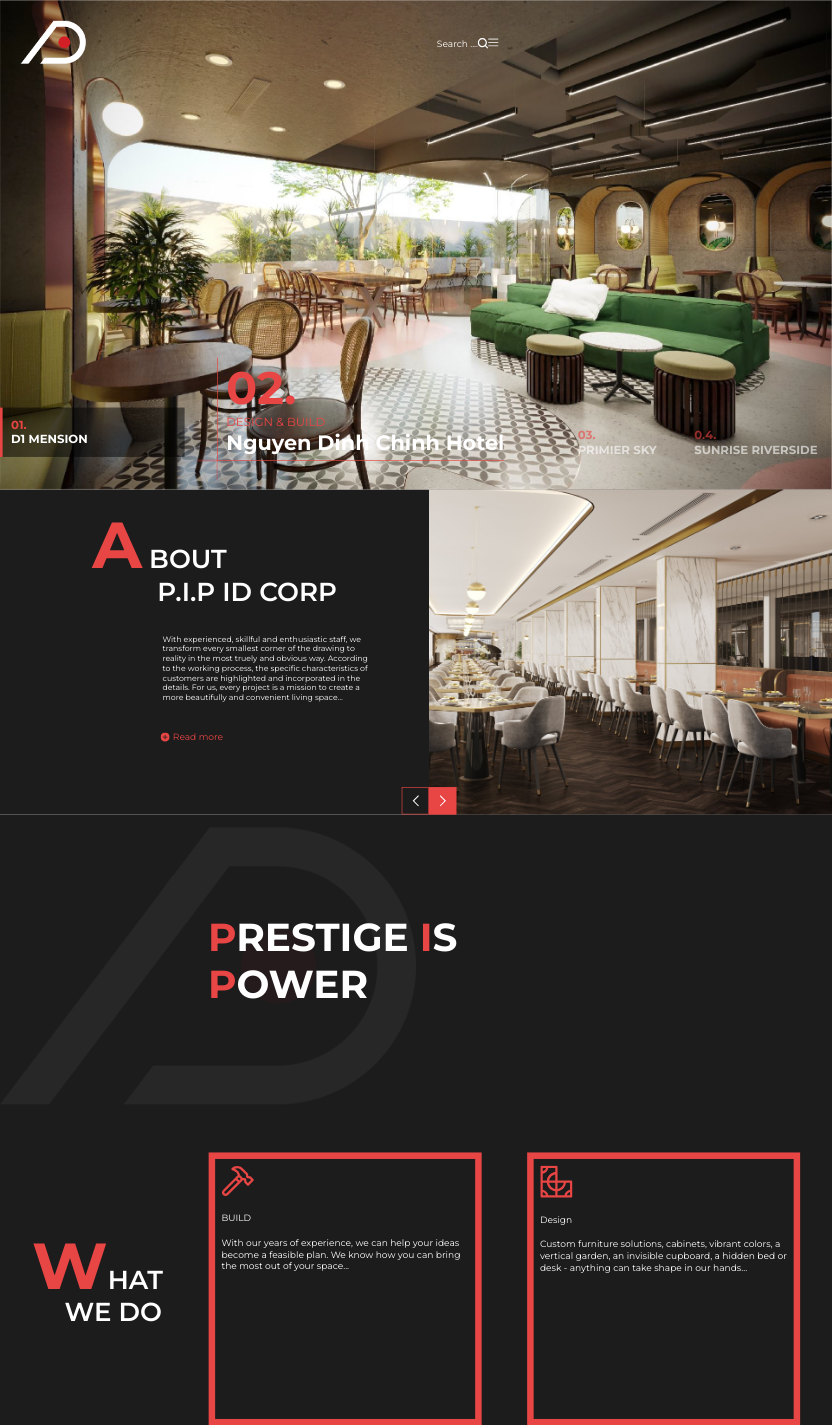
Repository: huudang2840/pipHomePage
Page: index.html
The author's editor kept a copy of each file at every save. The page is drawn from the files as they stood at one save, then again after a run of saves.
The browser window is 1280 px wide. The pictures show the whole page, at 65% of full size.

Above is the page before, as saved 2023-03-21 15:11:30.

### index.html
<!DOCTYPE html>
<html lang="en">
  <head>
    <meta charset="UTF-8" />
    <meta http-equiv="X-UA-Compatible" content="IE=edge" />
    <meta name="viewport" content="width=device-width, initial-scale=1.0" />
    <title>Pip Home Page</title>

    <!-- CSS -->
    <link rel="stylesheet" href="style/style.css" />

    <!-- Fonts -->
    <link rel="preconnect" href="https://fonts.googleapis.com" />
    <link rel="preconnect" href="https://fonts.gstatic.com" crossorigin />
    <link
      href="https://fonts.googleapis.com/css2?family=Montserrat:wght@400;600;700&display=swap"
      rel="stylesheet"
    />
  </head>
  <body>
    <!-- Header -->
    <header class="header">
      <div class="header__img">
        <img src="/img/logo.png" alt="" />
      </div>
      <div class="header__option">
        <div class="option__search">
          <p>Search ....</p>
          <svg
            width="16"
            height="17"
            viewBox="0 0 16 17"
            fill="none"
            xmlns="http://www.w3.org/2000/svg"
          >
            <path
              d="M15.7189 14.9442L12.6438 11.8691C13.5758 10.6491 14.0869 9.16936 14.0871 7.60786C14.0871 5.72609 13.3542 3.95682 12.0234 2.62623C10.6928 1.29564 8.92376 0.562744 7.04176 0.562744C5.15999 0.562744 3.39072 1.29564 2.06013 2.62623C-0.68671 5.3733 -0.68671 9.84287 2.06013 12.5895C3.39072 13.9203 5.15999 14.6532 7.04176 14.6532C8.60326 14.653 10.0831 14.1419 11.3031 13.2099L14.3781 16.285C14.563 16.4701 14.8059 16.5627 15.0485 16.5627C15.2911 16.5627 15.5339 16.4701 15.7189 16.285C16.0892 15.9148 16.0892 15.3143 15.7189 14.9442ZM3.40091 11.2487C1.39344 9.24124 1.39368 5.97471 3.40091 3.96701C4.37339 2.99476 5.66649 2.4591 7.04176 2.4591C8.41726 2.4591 9.71012 2.99476 10.6826 3.96701C11.6551 4.93949 12.1908 6.23258 12.1908 7.60786C12.1908 8.98336 11.6551 10.2762 10.6826 11.2487C9.71012 12.2212 8.41726 12.7568 7.04176 12.7568C5.66649 12.7568 4.37339 12.2212 3.40091 11.2487Z"
              fill="white"
            />
          </svg>
        </div>
        <div class="option__lang"></div>
        <div class="option__menu">
          <svg
            width="16"
            height="13"
            viewBox="0 0 16 13"
            fill="none"
            xmlns="http://www.w3.org/2000/svg"
          >
            <path
              d="M16 10.9167V12.25H0V10.9167H16ZM16 5.58333V6.91667H0V5.58333H16ZM16 0.25V1.58333H0V0.25H16Z"
              fill="white"
            />
          </svg>
        </div>
        <div class="option__share"></div>
      </div>
    </header>

    <!-- Main -->
    <section>
      <div class="intro">
        <div class="intro__background">
          <img src="/img/page1.png" alt="" srcset="" id="masked" />
        </div>
        <div class="intro__list">
          <div class="list__left">
            <div>
              <span>
                <p>01.</p>
                <p>D1 Mension</p>
              </span>
            </div>
            <div>
              <span id="active_intro">
                <h1>02.</h1>
                <p>Design & build</p>
                <h1>Nguyen Dinh Chinh Hotel</h1>
                <div class="border__box"></div>
              </span>
            </div>
          </div>

          <div class="list__right">
            <div>
              <span>
                <p>03.</p>
                <p>Primier Sky</p>
              </span>
            </div>
            <div>
              <span>
                <p>0.4.</p>
                <p>Sunrise Riverside</p>
              </span>
            </div>
          </div>
        </div>
      </div>
      <div class="about">
        <div class="about__left">
          <span>
            <span>
              <h1><span class="text-red">A</span> bout</h1>
            </span>
            <h1 class="ml-100">P.I.P ID CORP</h1>
          </span>
          <span class="about__left__textaera">
            <p>
              With experienced, skillful and enthusiastic staff, we transform every smallest corner
              of the drawing to reality in the most truely and obvious way. According to the working
              process, the specific characteristics of customers are highlighted and incorporated in
              the details. For us, every project is a mission to create a more beautifully and
              convenient living space…
            </p>
          </span>
          <div class="read-more">
            <svg
              width="14"
              height="14"
              viewBox="0 0 14 14"
              fill="none"
              xmlns="http://www.w3.org/2000/svg"
            >
              <path
                d="M7 0C3.14005 0 0 3.14005 0 7C0 10.86 3.14005 14 7 14C10.86 14 14 10.86 14 7C14 3.14005 10.86 0 7 0ZM10.0625 7.5833H7.5833V10.0625C7.5833 10.3845 7.32204 10.6458 7 10.6458C6.67796 10.6458 6.4167 10.3845 6.4167 10.0625V7.5833H3.9375C3.61546 7.5833 3.3542 7.32204 3.3542 7C3.3542 6.67796 3.61546 6.4167 3.9375 6.4167H6.4167V3.9375C6.4167 3.61546 6.67796 3.3542 7 3.3542C7.32204 3.3542 7.5833 3.61546 7.5833 3.9375V6.4167H10.0625C10.3845 6.4167 10.6458 6.67796 10.6458 7C10.6458 7.32204 10.3845 7.5833 10.0625 7.5833Z"
                fill="#E84545"
              />
            </svg>
            <p>Read more</p>
          </div>
          <div class="arrow_prev">
            <svg
              width="11"
              height="18"
              viewBox="0 0 11 18"
              fill="none"
              xmlns="http://www.w3.org/2000/svg"
            >
              <path d="M10 17L2 9L10 1" stroke="white" stroke-width="1.6" />
            </svg>
          </div>
        </div>
        <div class="about__right">
          <img src="/img/about.jpeg" alt="" />
          <div class="arrow_next">
            <svg
              width="11"
              height="18"
              viewBox="0 0 11 18"
              fill="none"
              xmlns="http://www.w3.org/2000/svg"
            >
              <path d="M1 1L9 9L1 17" stroke="white" stroke-width="1.6" />
            </svg>
          </div>
        </div>
      </div>
      <div class="wedo">
        <div class="wedo__top">
          <div class="wedo__top__logo">
            <img src="/img/logo2.png" alt="" srcset="" />
          </div>
          <h2 class="wedo__top__text"><span>P</span>restige <span>i</span>s <span>P</span>ower</h2>
        </div>
        <div class="wedo__bottom">
          <span>
            <h1 class="wedo__bottom__text"><span class="text-red">W</span>hat</h1>
            <h1 class="wedo__bottom__text">We do</h1>
          </span>

          <div class="wedo__bottom__item selected">
            <!-- <img src="/img/wedo1.png" alt="" /> -->
            <svg
              width="50"
              height="48"
              viewBox="0 0 50 48"
              fill="none"
              xmlns="http://www.w3.org/2000/svg"
            >
              <path
                d="M48.9873 21.1033L44.931 17.0479C44.6268 16.7437 44.2209 16.5625 43.7911 16.5386L40.962 16.3804L40.8901 13.6863C40.8782 13.2385 40.6953 12.8113 40.3783 12.4951L32.3717 4.48853C30.1056 2.22241 27.0927 0.973145 23.8875 0.973145C23.8849 0.973145 23.8823 0.973145 23.8798 0.973145C20.6754 0.974854 17.6633 2.22412 15.3989 4.48853C14.9683 4.91919 14.7922 5.54126 14.9341 6.13257C15.0759 6.72559 15.5151 7.20068 16.0936 7.39038C22.7092 9.54797 24.1731 12.4049 24.6757 15.0402L2.11755 37.5984C-0.0357666 39.7517 -0.0357666 43.2551 2.11755 45.4084C4.27087 47.5618 7.77429 47.5618 9.92761 45.4084L28.4667 26.8694C28.4674 26.8686 28.4685 26.8684 28.4692 26.8677C28.47 26.8669 28.4702 26.8659 28.4709 26.8651L32.5843 22.7518L34.5305 22.804L34.6976 25.6372C34.7224 26.0645 34.9036 26.4695 35.2069 26.772L39.2632 30.8274C39.605 31.1692 40.0527 31.3401 40.5005 31.3401C40.9482 31.3401 41.396 31.1692 41.7378 30.8274L48.9873 23.5779C49.3154 23.2498 49.5 22.8054 49.5 22.3406C49.5 21.8757 49.3154 21.4314 48.9873 21.1033ZM38.1523 24.7673L37.978 21.8125C37.9532 21.3853 37.7721 20.9802 37.4688 20.6777L36.6296 19.8386C36.285 19.5467 35.8884 19.3765 35.4393 19.3259L32.6357 19.2507L28.1915 14.8074C27.6429 11.4988 26.0912 7.94067 20.2883 5.26782C21.3983 4.74829 22.6194 4.47485 23.8823 4.47314H23.8875C26.157 4.47314 28.2915 5.35669 29.8971 6.96313L37.4106 14.4758L37.4858 17.3025C37.5493 17.7349 37.6595 18.1839 37.9918 18.4919L37.9952 18.4886C37.9967 18.4901 37.997 18.4922 37.9985 18.4937L38.8265 19.3208C39.1307 19.625 39.5366 19.8062 39.9656 19.8301L42.929 19.9958L45.2754 22.3406L40.5005 27.1155L38.1523 24.7673ZM7.453 42.9338C6.66345 43.7234 5.38171 43.7234 4.59216 42.9338C3.80347 42.1443 3.80347 40.8625 4.59216 40.073L21.8961 22.7691L24.7569 25.6299L7.453 42.9338ZM27.2315 23.1553L24.3707 20.2945L26.5492 18.116L29.41 20.9768L27.2315 23.1553Z"
                fill="#E84545"
              />
            </svg>
            <h3>BUILD</h3>
            <p>
              With our years of experience, we can help your ideas become a feasible plan. We know
              how you can bring the most out of your space...
            </p>
          </div>
          <div class="wedo__bottom__item">
            <svg
              width="50"
              height="50"
              viewBox="0 0 50 50"
              fill="none"
              xmlns="http://www.w3.org/2000/svg"
            >
              <path
                d="M47.75 23.25H26.75V2.25C26.75 1.28357 25.9664 0.5 25 0.5H2.25C1.28357 0.5 0.5 1.28357 0.5 2.25V47.75C0.5 48.7164 1.28357 49.5 2.25 49.5H47.75C48.7164 49.5 49.5 48.7164 49.5 47.75V39V25C49.5 24.0336 48.7164 23.25 47.75 23.25ZM46 37.4081C41.6125 38.1488 38.1488 41.6125 37.4081 46H26.75V39.7627C33.554 38.9605 38.9605 33.554 39.7627 26.75H46V37.4081ZM46 46H40.9713C41.6062 43.5433 43.5433 41.6062 46 40.9713V46ZM4 12.5919C8.3875 11.8512 11.8512 8.3875 12.5919 4H23.25V10.2373C16.446 11.0395 11.0395 16.446 10.2373 23.25H4V12.5919ZM4 4H9.02869C8.3938 6.45667 6.45667 8.3938 4 9.02869V4ZM23.25 26.75V36.226C18.3799 35.4688 14.5312 31.6201 13.774 26.75H23.25ZM26.75 26.75H36.2408C35.4855 31.6218 31.6204 35.4564 26.75 36.2148V26.75ZM23.25 23.25H13.7852C14.5436 18.3796 18.3782 14.5145 23.25 13.7592V23.25ZM4 46V40.9713C6.45667 41.6062 8.3938 43.5433 9.02869 46H4ZM4 37.4081V26.75H10.2373C11.0395 33.554 16.446 38.9605 23.25 39.7627V46H12.5919C11.8512 41.6125 8.3875 38.1488 4 37.4081Z"
                fill="#E84545"
              />
            </svg>
            <h3>Design</h3>
            <p>
              Custom furniture solutions, cabinets, vibrant colors, a vertical garden, an invisible
              cupboard, a hidden bed or desk - anything can take shape in our hands...
            </p>
          </div>
        </div>
      </div>
      <div class="projects"></div>
      <div class="customer"></div>
      <div class="contact"></div>
    </section>

    <!-- Footer -->
    <footer></footer>
  </body>
  <script src="/js/index.js"></script>
</html>

### style/style.css
:root {
  --color-bg: #1c1c1c;
  --color-red: #e84545;
}
* {
  margin: 0;
  padding: 0;
  color: white;
  font-family: "Montserrat", sans-serif;
  font-size: 14px;
  font-weight: 400;
  list-style: none;
}
/* Header */
.header {
  position: fixed;
  display: flex;
  width: 100%;
  background-color: transparent;
  justify-content: space-between;
  align-items: center;
  z-index: 10;
  padding: 32px;
}
.header__img {
  flex: 1;
}
.header__img > img {
  width: 100px;
  height: 66px;
}
#masked {
  z-index: 10;
  /* background-color: black; */
  /* background: radial-gradient(50% 50% at 50% 50%, rgba(0, 0, 0, 0) 0%, #000000 100%); */

  /* -webkit-mask-image: radial-gradient(
    circle at 50% 50%,
    rgb(0, 0, 0) 40%,
    rgba(0, 0, 0, 0.617) 70%
  ); */

  /* -webkit-mask-image: radial-gradient(circle at center, red 0, blue, green 100%); */
}

.header__option {
  flex: 1;
  width: 100px;
  height: 66px;
  display: flex;
  align-items: center;
}

.option__search {
  display: flex;
}
.option__menu {
  width: 50px;
}

/* Intro */
.intro {
  position: relative;
}
.intro__background {
  height: 100%;
  width: 100%;
}

.intro__background > img {
  width: 100%;
  object-fit: cover;
  display: block;
}
.intro__list {
  display: flex;
  width: 100%;
  position: absolute;
  bottom: 50px;
  justify-content: space-between;
}

.intro__list span {
  height: 100%;
  display: flex;
  flex-direction: column;
  justify-content: center;
  padding-left: 13px;
}
.intro__list span > * {
  font-size: 18px;
  font-weight: 700;
  text-transform: uppercase;
  z-index: 10;
}
.intro__list span > p:nth-child(1) {
  color: var(--color-red);
}
.list__left {
  display: flex;
  flex: 2;
}
.list__left div:nth-child(1) {
  height: 76px;
  width: 280px;
  align-self: end;
  border-left: 4px solid var(--color-red);
  background: rgb(0, 0, 0, 0.5);
}

.list__right {
  display: flex;
  flex: 1;
  align-self: flex-end;
  opacity: 0.6;
  justify-content: space-around;
}

#active_intro {
  margin-left: 50px;
  border-bottom: 1px solid var(--color-red);
  border-left: 1px solid var(--color-red);
  position: relative;
  padding-bottom: 5px;
}
#active_intro h1:nth-child(1) {
  font-size: 70px;
  color: var(--color-red);
}
#active_intro p {
  font-size: 18px;
  font-weight: 400;
  color: var(--color-red);
}
#active_intro h1:nth-child(3) {
  font-size: 32px;
  text-transform: none;
}

.border__box {
  position: absolute;
  left: -31px;
  bottom: -31px;
  height: 30px;
  width: 30px;
  border-top: 1px solid var(--color-red);
  border-right: 1px solid var(--color-red);
}
/* About */
.about {
  background-color: var(--color-bg);
  display: flex;
  height: 500px;
}
.about__left {
  flex: 1;
  padding-top: 60px;
  display: flex;
  flex-direction: column;
  align-items: center;
  position: relative;
}
.arrow_prev {
  display: flex;
  position: absolute;
  height: 40px;
  width: 40px;
  border: 1.6px solid var(--color-red);
  align-items: center;
  justify-content: center;
  bottom: 0;
  right: 0;
}
.text-red {
  font-weight: 700;
  font-size: 100px;
  /* line-height: 195px; */
  color: var(--color-red);
}
.about__left h1 {
  font-weight: 600;
  font-size: 40px;
  text-transform: uppercase;
  line-height: 50px;
}
.text-about {
  display: flex;
}
.about__right {
  flex: 1;
  position: relative;
}
.arrow_next {
  display: flex;
  position: absolute;
  height: 40px;
  width: 40px;
  border: 1.6px solid var(--color-red);
  background-color: var(--color-red);
  align-items: center;
  justify-content: center;
  bottom: 0;
  left: 1;
}
.about__right > img {
  height: 100%;
  width: 100%;
  object-fit: cover;
}
.about__left__textaera {
  margin-top: 40px;
}
.about__left__textaera p {
  margin-left: 250px;
  margin-right: 90px;
  width: 320px;
  overflow-wrap: break-word;
  font-size: 12px;
}
.read-more {
  display: flex;
  margin-top: 45px;
  margin-right: 70px;
  align-items: center;
}
.read-more p {
  margin-left: 5px;
  color: var(--color-red);
}
.ml-100 {
  margin-left: 100px;
}

/* Wedo */
.wedo {
  background-color: var(--color-bg);
}
.wedo__top {
  position: relative;
  width: 100%;
}

.wedo__top__logo {
  padding-top: 20px;
  opacity: 0.05;
  width: 50%;
}
.wedo__top__text {
  position: absolute;
  top: 50%;
  left: 50%;
  /* width: 100%; */
  transform: translate(-50%, -50%);
  font-weight: 700;
  font-size: 60px;
  text-transform: uppercase;
}

.wedo__top__text span {
  font-weight: 700;
  font-size: 60px;
  color: var(--color-red);
}

.wedo__top__logo img {
  width: 100%;
  height: 100%;
}
.wedo__bottom {
  display: flex;
  align-items: center;
  justify-content: center;
  padding-top: 70px;
}
.wedo__bottom__text:nth-child(2) {
  margin-left: 50px;
}
.wedo__bottom__item {
  height: 400px;
  width: 400px;
  border: 10px solid var(--color-red);
  margin-left: 70px;
}
.wedo__bottom__item > * {
  padding: 10px;
}

.wedo__bottom h1 {
  font-weight: 600;
  font-size: 40px;
  text-transform: uppercase;
  line-height: 50px;
}

Loaded but not shown: js/index.js (no copy from this time; the picture is the same without it)

After the next 2 saves:
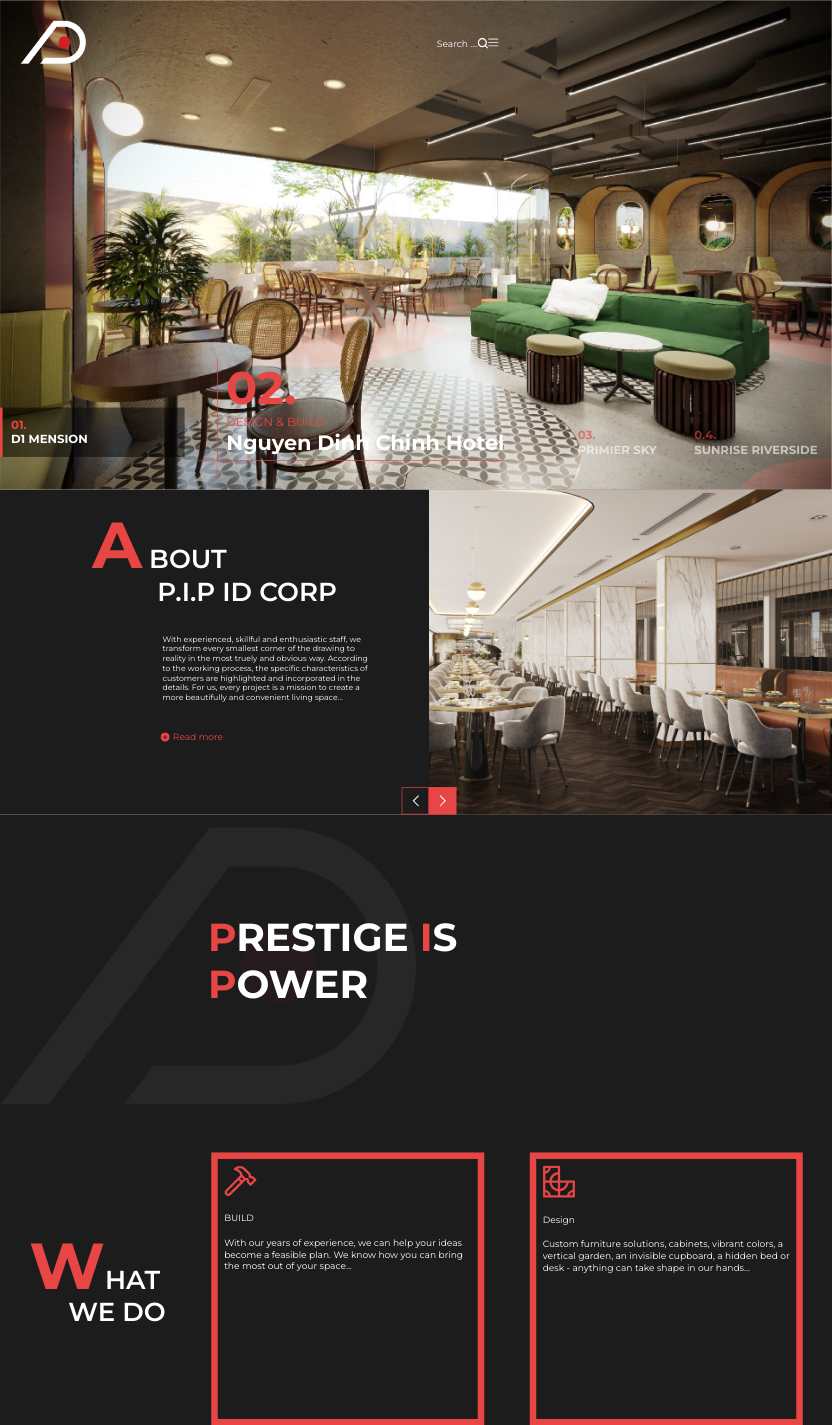
The 2 saves are shown as one change because they came seconds apart.
The last was saved 9 s later.
--- a/style/style.css
+++ b/style/style.css
@@ -273,7 +273,7 @@
   padding-top: 70px;
 }
 .wedo__bottom__text:nth-child(2) {
-  margin-left: 50px;
+  margin-left: 60px;
 }
 .wedo__bottom__item {
   height: 400px;
